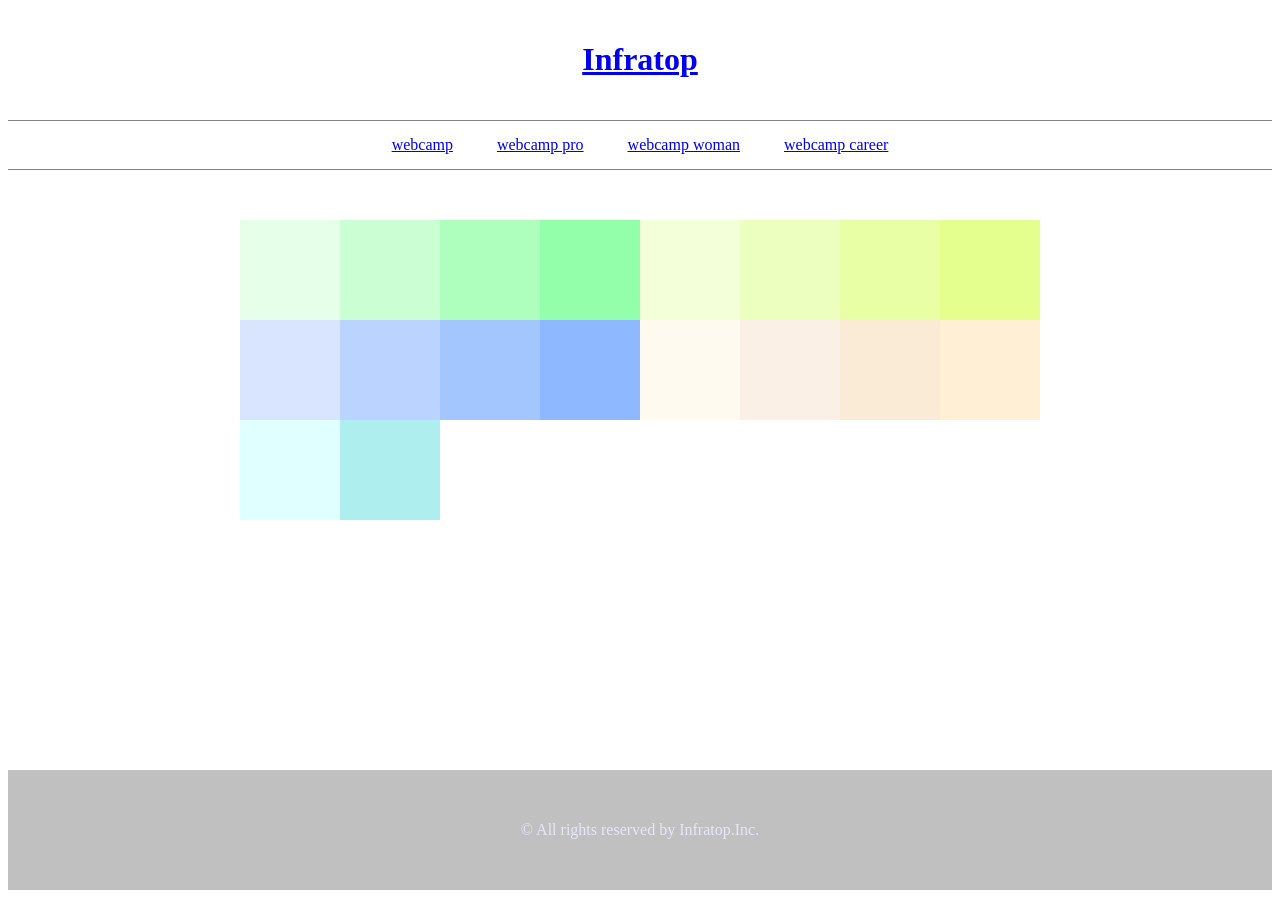
Repository: kiruha313/DWC
Page: exersise5/index.html
The author's editor kept a record of every edit. The page is drawn from the files as they stood at one moment, then again after the next edit.
The browser window is 1280 px wide. The pictures show the whole page.

Above is the page before.

After the next edit:
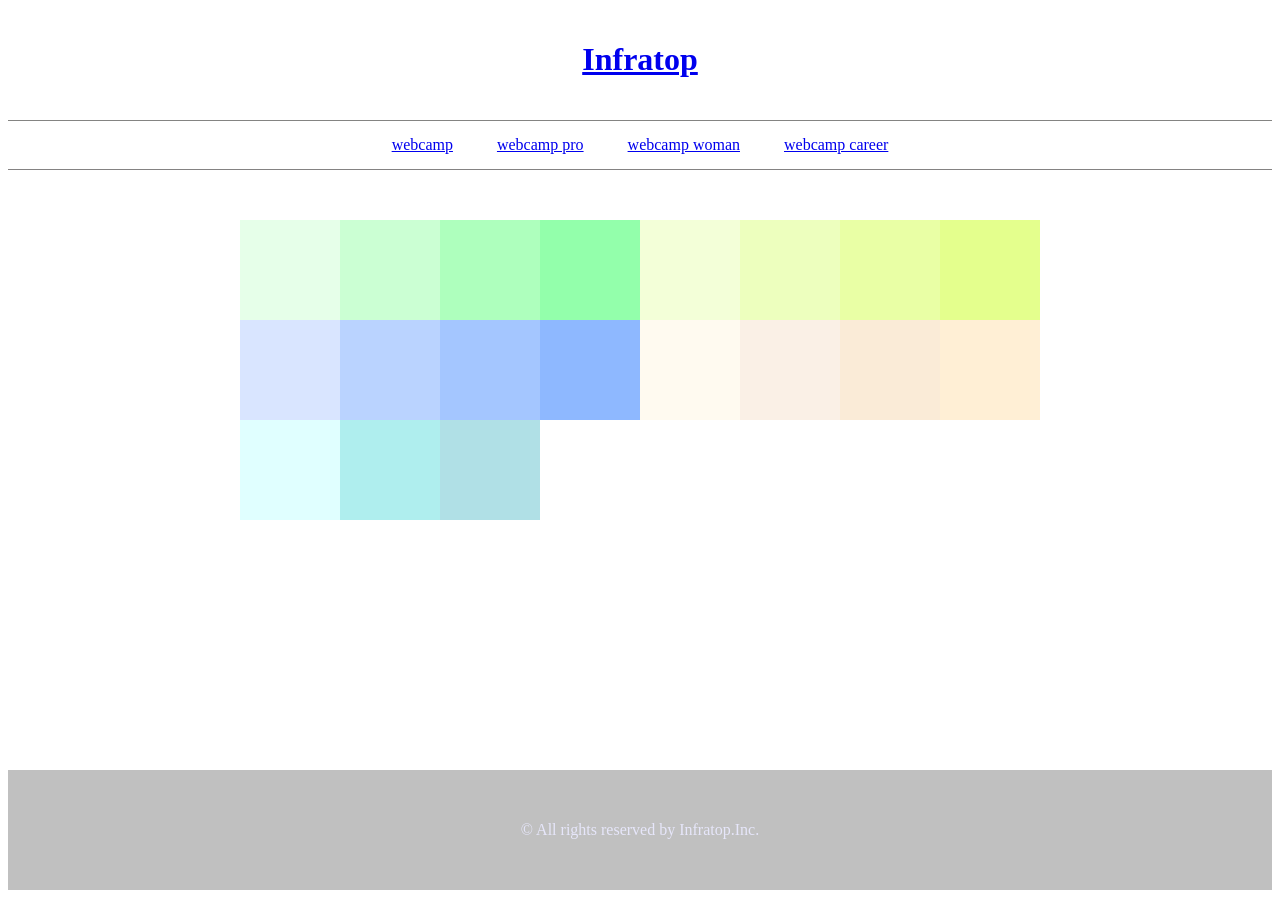
The edit:
--- a/exersise5/style.css
+++ b/exersise5/style.css
@@ -136,7 +136,7 @@
 .main19 {
   width: 100px;
   height: 100px;
-  background-color: ;
+  background-color: #b0e0e6;
 }
 
 .main20 {
